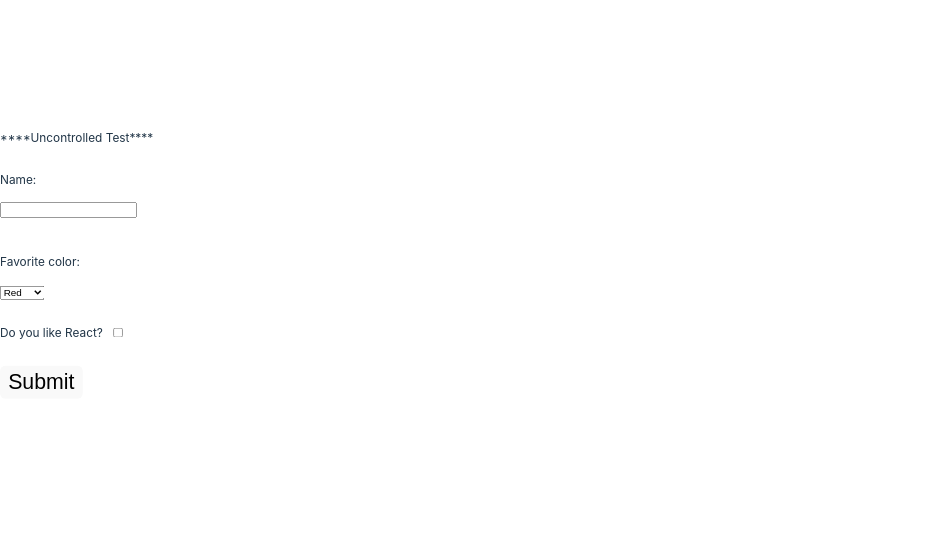
Repository: MariJafari/React-Form
Page: / (app in Desktop/Vite_jsx (3)/Vite_jsx/React Forms/)
The author's editor kept a copy of each file at every save. The page is drawn from the files as they stood at one save, then again after the next save.
The browser window is 1280 px wide. The pictures show the whole page, at 74% of full size.
The project was rebuilt for these pictures with package versions that can differ from the ones it lists, and the page was loaded fresh each time. Also part of the build but not shown: Desktop/Vite_jsx (3)/Vite_jsx/React Forms/vite.config.js.

Above is the page before, as saved 2023-10-28 21:51:33.

### Desktop/Vite_jsx (3)/Vite_jsx/React Forms/src/App.jsx
// eslint-disable-next-line no-unused-vars
// import React from "react";
// import Validate from "./components/Validate/Validate";
// import Dropdown from "./components/Dropdown/Dropdown";
// import Checkbox from "./components/Checkbox/Checkbox";
// import Multiple from "./components/Multiple/Multiple";
 import Uncontrolled from "./components/Uncontrolled/Uncontrolled";
// import Controlled from "./components/Controlled/Controlled";
// import ReactHookForm from "./components/ReactHookForm/Example";
//eslint-disable-next-line no-unused-vars
import ControlledComponent from "./components/Controlled/Controlled";




const App = () => {
 return (
 <div>

   <p>****Uncontrolled Test****</p>
   {<Uncontrolled />}
   <br />

 {/*{<Controlled/>}
  <ReactHookForm /> */}

 </div>
 );
};
export default App;

### Desktop/Vite_jsx (3)/Vite_jsx/React Forms/src/components/Uncontrolled/Uncontrolled.jsx
import { useRef } from "react";
import "./uncontrolled.css";
export default function Uncontrolled() {
const selectRef = useRef(null);
const checkboxRef = useRef(null);
const inputRef = useRef(null);
function handleSubmit(event) {
 event.preventDefault();
console.log("Input value:", inputRef.current.value);
 console.log("Select value:", selectRef.current.value);
 console.log("Checkbox value:", checkboxRef.current.checked);
}
 return (
 <form className="uncontrolled" onSubmit={handleSubmit}>
 <label>
 <p>Name:</p>
<input ref={inputRef} type="text" />
</label>
 <label>
 <p>Favorite color:</p>
 <select ref={selectRef}>
 <option value="red">Red</option>
<option value="green">Green</option>
 <option value="blue">Blue</option>
 </select>
 </label>
 <label className="uncontrolled__checkbox">
 Do you like React?
 <input type="checkbox" ref={checkboxRef} />
 </label>
 <button className="uncontrolled__button" type="submit">
 Submit
 </button>
 </form>
 );
}

### Desktop/Vite_jsx (3)/Vite_jsx/React Forms/src/components/Uncontrolled/uncontrolled.css
.uncontrolled {
    display: flex;
    flex-direction: column;
    align-items: flex-start;
    gap: 2rem;
    }
    .uncontrolled__button {
    font-family: "Poppins", sans-serif;
    font-size: 1.8rem;
    padding: 5px 10px;
    }
    .uncontrolled__checkbox {
     display: flex;
    align-items: center;
    gap: 10px;
    }

### Desktop/Vite_jsx (3)/Vite_jsx/React Forms/src/components/Validate/Validate.jsx
import { useState } from "react";

export default function Validate() {
 const [inputValue, setInputValue] = useState("");
 const [inputError, setInputError] = useState(null);
 function handleInputChange(event) {
 const value = event.target.value;
 setInputValue(value);
 if (value.length < 5) {
 setInputError("Input must be at least 5 characters");
 } else {
 setInputError(null);
 }
 }
 function handleSubmit(event) {
    event.preventDefault();
    if (inputValue.length >= 5) {
        setInputError("Input is valid");
     } else {
    setInputError("Input must be at least 5 characters");
    }
   }


 return (
 <form onSubmit={handleSubmit}>
<label>
 <p>Fruit:</p>
 <input type="text" value={inputValue} onChange={handleInputChange} />
 </label>
 {inputError && <div style={{ color: "red" }}>{inputError}</div>}
 <button type="submit">Submit</button>
 </form>
 );
}

### Desktop/Vite_jsx (3)/Vite_jsx/React Forms/src/components/Dropdown/Dropdown.jsx
// eslint-disable-next-line no-unused-vars
import React, { useState } from "react";
import "./dropdown.css";

export default function Dropdown()
 {
        const [selectedOption, setSelectedOption] = useState("option1");
        const handleDropdownChange = (event) => {
        setSelectedOption(event.target.value);
        };

        return (
            <form>
                 <label>
                    Select an option:
                    <select value={selectedOption} onChange={handleDropdownChange}>
 <option value="option1">Option 1</option>
 <option value="option2">Option 2</option>
<option value="option3">Option 3</option>
                    </select>
                </label>
                    <p className="dropdown__selected">Selected option: {selectedOption}</p>
            </form>
        );
}

### Desktop/Vite_jsx (3)/Vite_jsx/React Forms/src/components/Checkbox/Checkbox.jsx
// eslint-disable-next-line no-unused-vars
import  React, { useState } from "react";

import "./checkbox.css";

function Checkbox() {
        const [isChecked, setIsChecked] = useState(false);
        const handleChange = (event) => {
        setIsChecked(event.target.checked);
        };
        return (
            <form>
                <label htmlFor="color" className="checkbox__text">
                    <input
                        className="checkbox__input"
                        type="checkbox"
                        name="color"
                        checked={isChecked}
                        onChange={handleChange}
                     />
                        Blue
                </label>
                {isChecked && <div>Blue is selected!</div>}
            </form>
        );
}
    export default Checkbox;

### Desktop/Vite_jsx (3)/Vite_jsx/React Forms/src/components/Multiple/Multiple.jsx
// eslint-disable-next-line no-unused-vars
import React, { useState } from "react";

import "./multiple.css";

export default function Multiple()
{
    const [formData, setFormData] = useState({
        name: "",
        email: "",
        message: "",
    });

    const handleChange = (event) => {
    const { name, value } = event.target;
    setFormData((prevFormData) => ({ ...prevFormData, [name]: value }));
    };

     const handleSubmit = (event) => {
     event.preventDefault();
     alert(`Name: ${formData.name}, Email: ${formData.email}, Message: ${formData.message}`);
    };

    return (
        <form onSubmit={handleSubmit} className="multiple">
            <label className="multiple__text" htmlFor="name">
            Name:
            </label>
                <input
                type="text"
                id="name"
                className="multiple__input"
                name="name"
                value={formData.name}
                 onChange={handleChange}
                 />
            <label className="multiple__text" htmlFor="email">
            Email:
            </label>
                <input
                type="email"
                id="email"
                className="multiple__input"
                name="email"
                value={formData.email}
                onChange={handleChange}
                />
            <label className="multiple__text" htmlFor="message">
            Message:
            </label>
                <textarea
                id="message"
                className="multiple__textarea"
                name="message"
                value={formData.message}
                onChange={handleChange}
            />
            <button className="multiple__button" type="submit">
             Submit
            </button>
         </form>
        );
}

### Desktop/Vite_jsx (3)/Vite_jsx/React Forms/src/components/Controlled/Controlled.jsx
/* eslint-disable no-unused-vars */
import React, { useState } from "react";

import "./controlled.css";

export default function ControlledComponent()
 {
    const [inputValue, setInputValue] = useState("");
    const handleChange = (event) => {
    setInputValue(event.target.value);
    };

    return (
        <form>
            <label>
            Input Value:
            <input type="text" value={inputValue} onChange={handleChange} />
            </label>
            <p className="controlled__text">Input Value: {inputValue}</p>
        </form>
    );

}

### Desktop/Vite_jsx (3)/Vite_jsx/React Forms/src/components/Dropdown/dropdown.css
.dropdown__selected {margin-top: 9rem;
    }

### Desktop/Vite_jsx (3)/Vite_jsx/React Forms/src/components/Checkbox/checkbox.css
.checkbox__input {
    margin-bottom: 30px;
    }

### Desktop/Vite_jsx (3)/Vite_jsx/React Forms/src/components/Multiple/multiple.css
.multiple {
    max-width: 400px;
    width: 90%;
    display: flex;
    flex-direction: column;
    gap: 1rem;
    }
    .multiple__input,
    .multiple__button,
    .multiple__textarea {
    font-family: "Poppins", sans-serif;
    font-size: 1.8rem;
    width: 100%;
    }
    .multiple__input {
    padding: 5px;
    }
    .multiple__text {
    display: block;
    }
    .multiple__button {
     display: block;
    padding: 5px 0;
     cursor: pointer;
    }
    .multiple__textarea {
     padding: 10px;
    resize: none;
     height: 10rem;
    }

### Desktop/Vite_jsx (3)/Vite_jsx/React Forms/src/components/Controlled/controlled.css
.controlled__text {
  margin-top: 20px;
    }

Loaded but not shown: Desktop/Vite_jsx (3)/Vite_jsx/React Forms/index.html (common file); Desktop/Vite_jsx (3)/Vite_jsx/React Forms/src/main.jsx (common file); Desktop/Vite_jsx (3)/Vite_jsx/React Forms/src/index.css (common file)

After the next save:
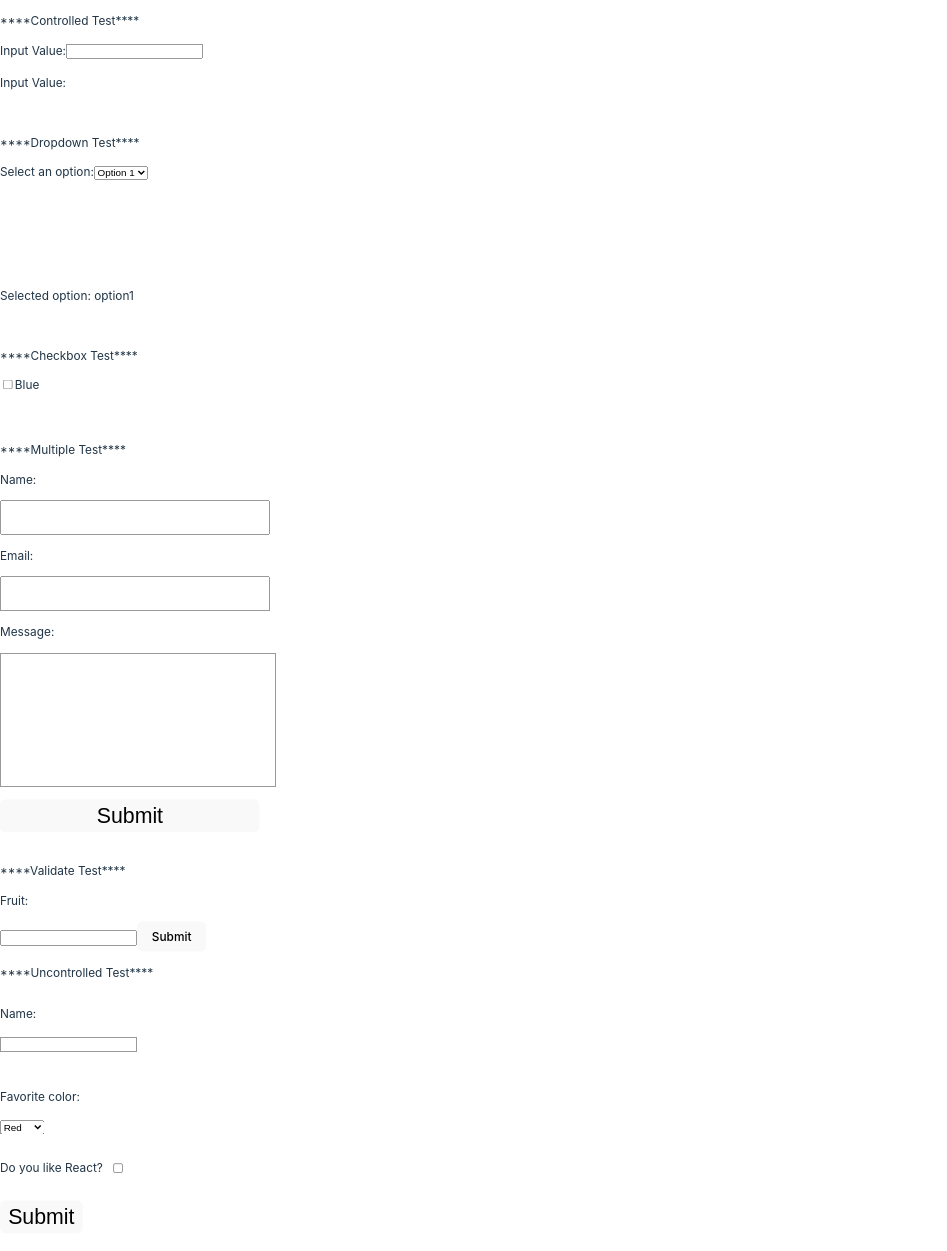
Saved 35 s later.
--- a/Desktop/Vite_jsx (3)/Vite_jsx/React Forms/src/App.jsx
+++ b/Desktop/Vite_jsx (3)/Vite_jsx/React Forms/src/App.jsx
@@ -1,10 +1,10 @@
 // eslint-disable-next-line no-unused-vars
-// import React from "react";
-// import Validate from "./components/Validate/Validate";
-// import Dropdown from "./components/Dropdown/Dropdown";
-// import Checkbox from "./components/Checkbox/Checkbox";
-// import Multiple from "./components/Multiple/Multiple";
- import Uncontrolled from "./components/Uncontrolled/Uncontrolled";
+import React from "react";
+import Validate from "./components/Validate/Validate";
+import Dropdown from "./components/Dropdown/Dropdown";
+import Checkbox from "./components/Checkbox/Checkbox";
+import Multiple from "./components/Multiple/Multiple";
+import Uncontrolled from "./components/Uncontrolled/Uncontrolled";
 // import Controlled from "./components/Controlled/Controlled";
 // import ReactHookForm from "./components/ReactHookForm/Example";
 //eslint-disable-next-line no-unused-vars
@@ -16,7 +16,20 @@ import ControlledComponent from "./components/Controlled/Controlled";
 const App = () => {
  return (
  <div>
-
+   <p>****Controlled Test****</p>
+   {<ControlledComponent />}
+  <br />
+   <p>****Dropdown Test****</p>
+   {<Dropdown />}
+   <br />
+   <p>****Checkbox Test****</p>
+   {<Checkbox /> }
+   <br />
+   <p>****Multiple Test****</p>
+   { <Multiple /> }
+   <br />
+   <p>****Validate Test****</p>
+   { <Validate /> }
    <p>****Uncontrolled Test****</p>
    {<Uncontrolled />}
    <br />
